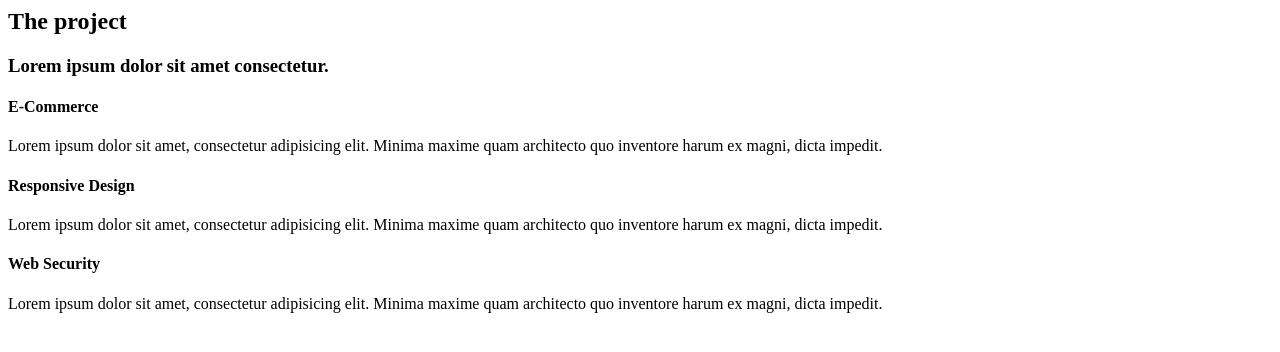
Repository: amazeika/astromakes-landing-page
Page: _includes/services.html
These files come from the project's save history. The page is drawn as it stood at one moment and after the next save; the edit follows.
The browser window is 1280 px wide. The pictures show the whole page.

Above is the page before, as saved 2024-07-20 16:14:31.

After the next save:
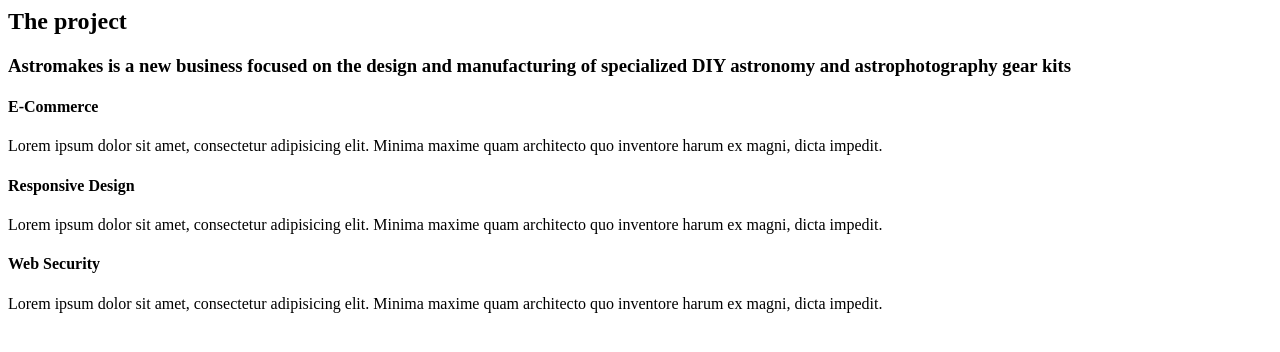
Saved 1 s later.
--- a/_includes/services.html
+++ b/_includes/services.html
@@ -1,10 +1,10 @@
 <!-- Services Section -->
-    <section id="project">
+    <section id="brand">
         <div class="container">
             <div class="row">
                 <div class="col-lg-12 text-center">
                     <h2 class="section-heading">The project</h2>
-                    <h3 class="section-subheading text-muted">Lorem ipsum dolor sit amet consectetur.</h3>
+                    <h3 class="section-subheading text-muted">Astromakes is a new business focused on the design and manufacturing of specialized DIY astronomy and astrophotography gear kits</h3>
                 </div>
             </div>
             <div class="row text-center">
